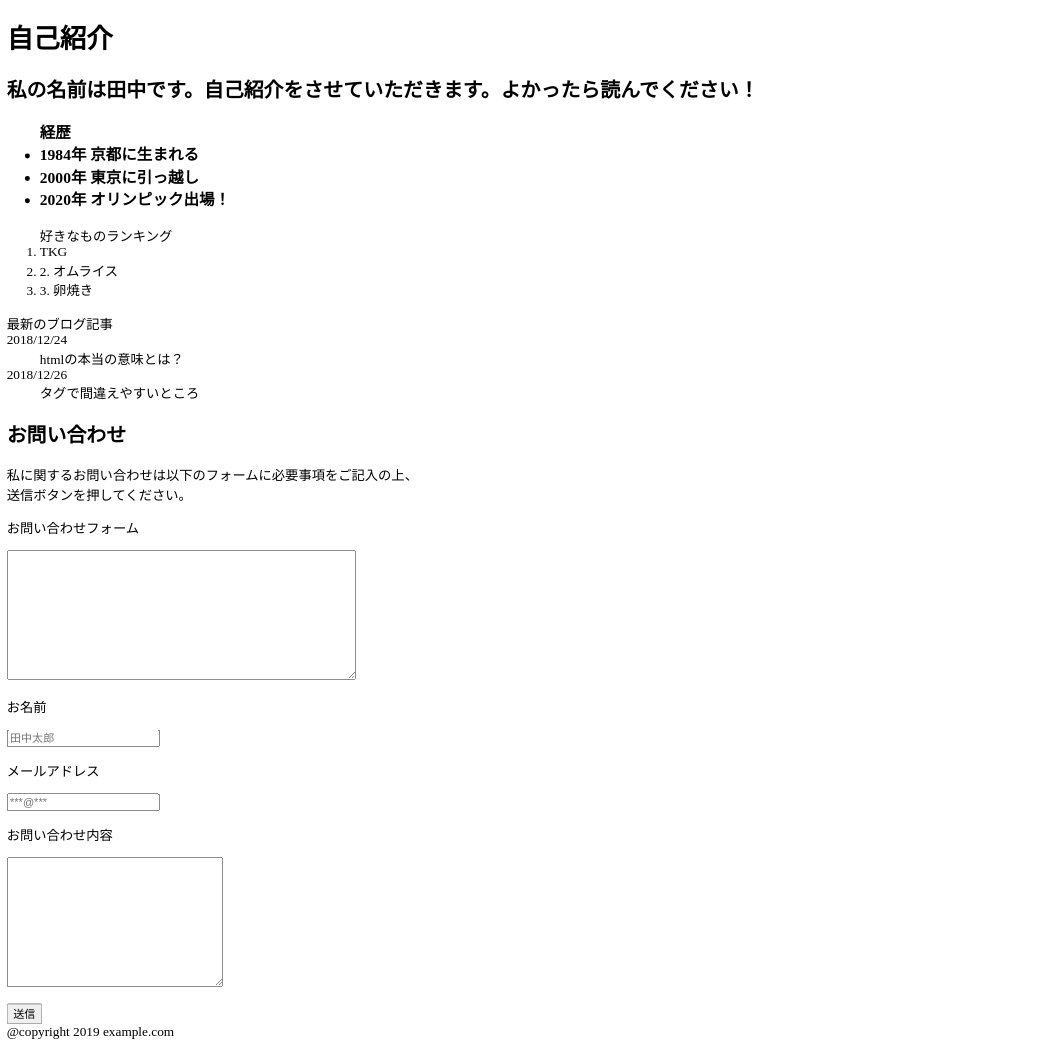
Repository: wairoku/suretigai1
Page: jack.html
The author's editor kept a copy of each file at every save. The page is drawn from the files as they stood at one save, then again after the next save.
The browser window is 1280 px wide. The pictures show the whole page, at 83% of full size.

Above is the page before, as saved 2019-01-02 20:21:12.

### jack.html
<!DOCTYPE html>

    <head>
      <meta charset='utf-8'>
    </head>
<body>

<h1>自己紹介</h1>
<h2>私の名前は田中です。自己紹介をさせていただきます。よかったら読んでください！</h2>

<ul><h3>経歴
    <li>1984年 京都に生まれる</li>
    <li>2000年 東京に引っ越し</li>
    <li>2020年 オリンピック出場！</li>
</ul>

<ol>好きなものランキング
    <li>TKG</li>
    <li>2. オムライス</li>
    <li>3. 卵焼き</li>
</ol>


<dl>最新のブログ記事
<dt>2018/12/24<dt>
    <dd>htmlの本当の意味とは？</dd>
<dt>2018/12/26<dt>
    <dd>タグで間違えやすいところ</dd>
</dl>



 <h2>お問い合わせ</h2>
私に関するお問い合わせは以下のフォームに必要事項をご記入の上、 <br>
送信ボタンを押してください。

<p>お問い合わせフォーム</p>
<textarea name="" id="" cols="50" rows="10"></textarea>

<p>お名前</p>
<input type="text" placeholder="田中太郎">


<p>メールアドレス</p>
<input type="text" placeholder="***@***">


<p>お問い合わせ内容</p>
<textarea name="" id="" cols="30" rows="10"></textarea></p>
<input type="button" value="送信">


<footer>@copyright 2019 example.com</footer>


</body>

After the next save:
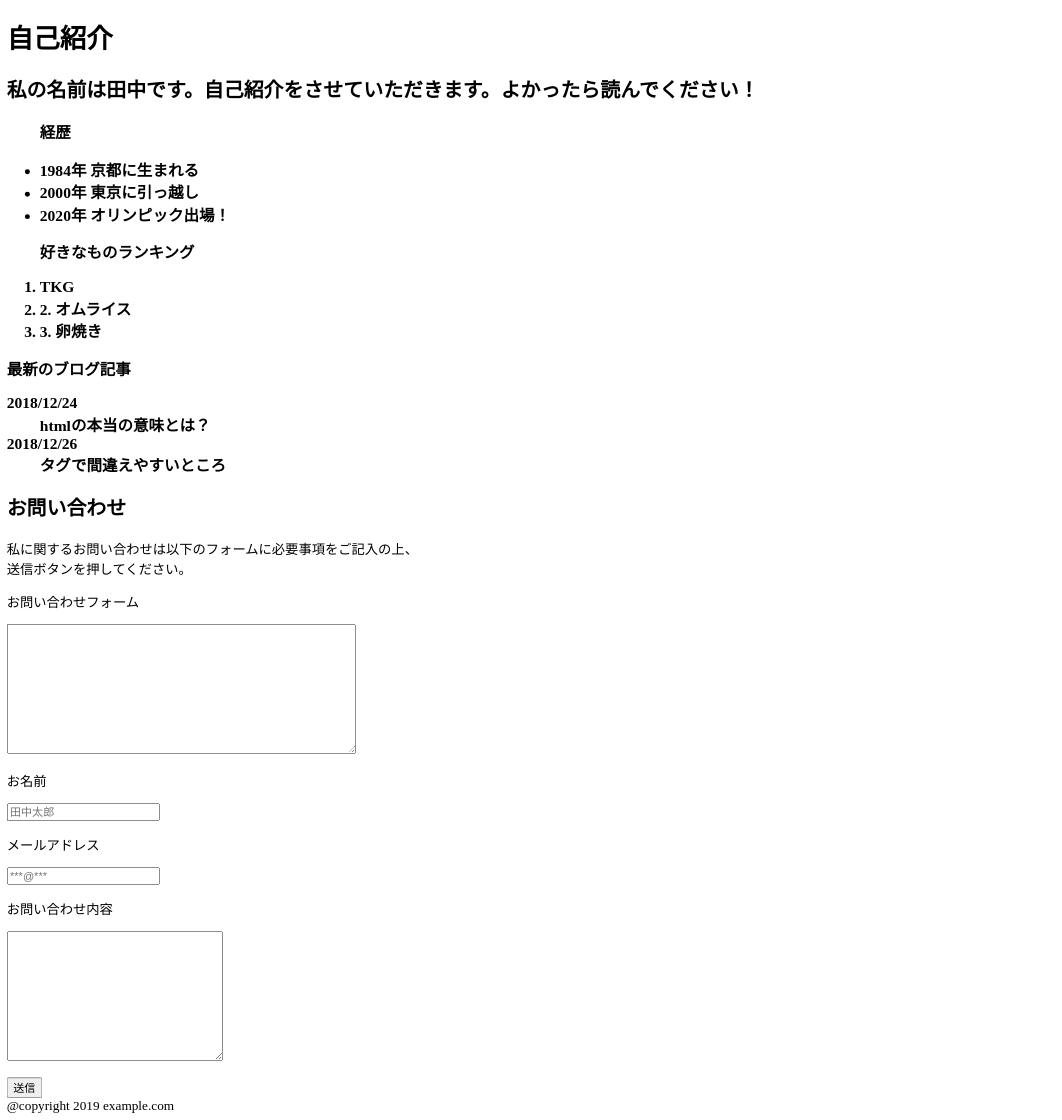
Saved 37 s later.
--- a/jack.html
+++ b/jack.html
@@ -8,20 +8,22 @@
 <h1>自己紹介</h1>
 <h2>私の名前は田中です。自己紹介をさせていただきます。よかったら読んでください！</h2>
 
-<ul><h3>経歴
+<ul><h3>経歴<h3>
     <li>1984年 京都に生まれる</li>
     <li>2000年 東京に引っ越し</li>
     <li>2020年 オリンピック出場！</li>
 </ul>
 
-<ol>好きなものランキング
+<ol>
+    <h3>好きなものランキング<h3>
     <li>TKG</li>
     <li>2. オムライス</li>
     <li>3. 卵焼き</li>
 </ol>
 
 
-<dl>最新のブログ記事
+<dl>
+    <h3>最新のブログ記事<h3>
 <dt>2018/12/24<dt>
     <dd>htmlの本当の意味とは？</dd>
 <dt>2018/12/26<dt>
